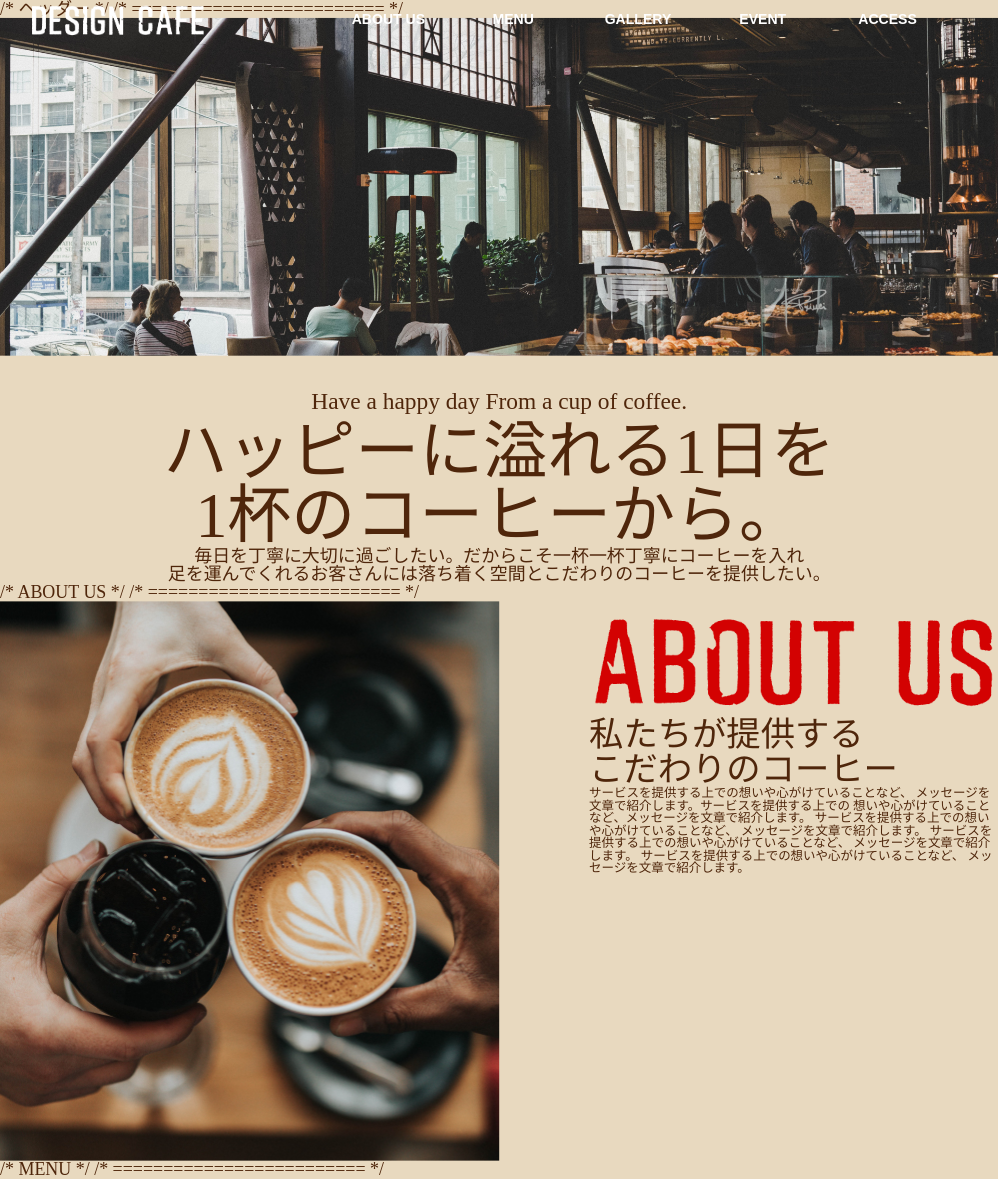
Repository: sonoyama01/dezasuta
Page: 第4回課題/index.html
An editor plug-in stored every save of this project. The page is shown before and after the next save, followed by the edit.
The browser window is 1280 px wide. The pictures show the whole page, at 78% of full size.

Above is the page before, as saved 2024-05-02 02:53:59.

After the next save:
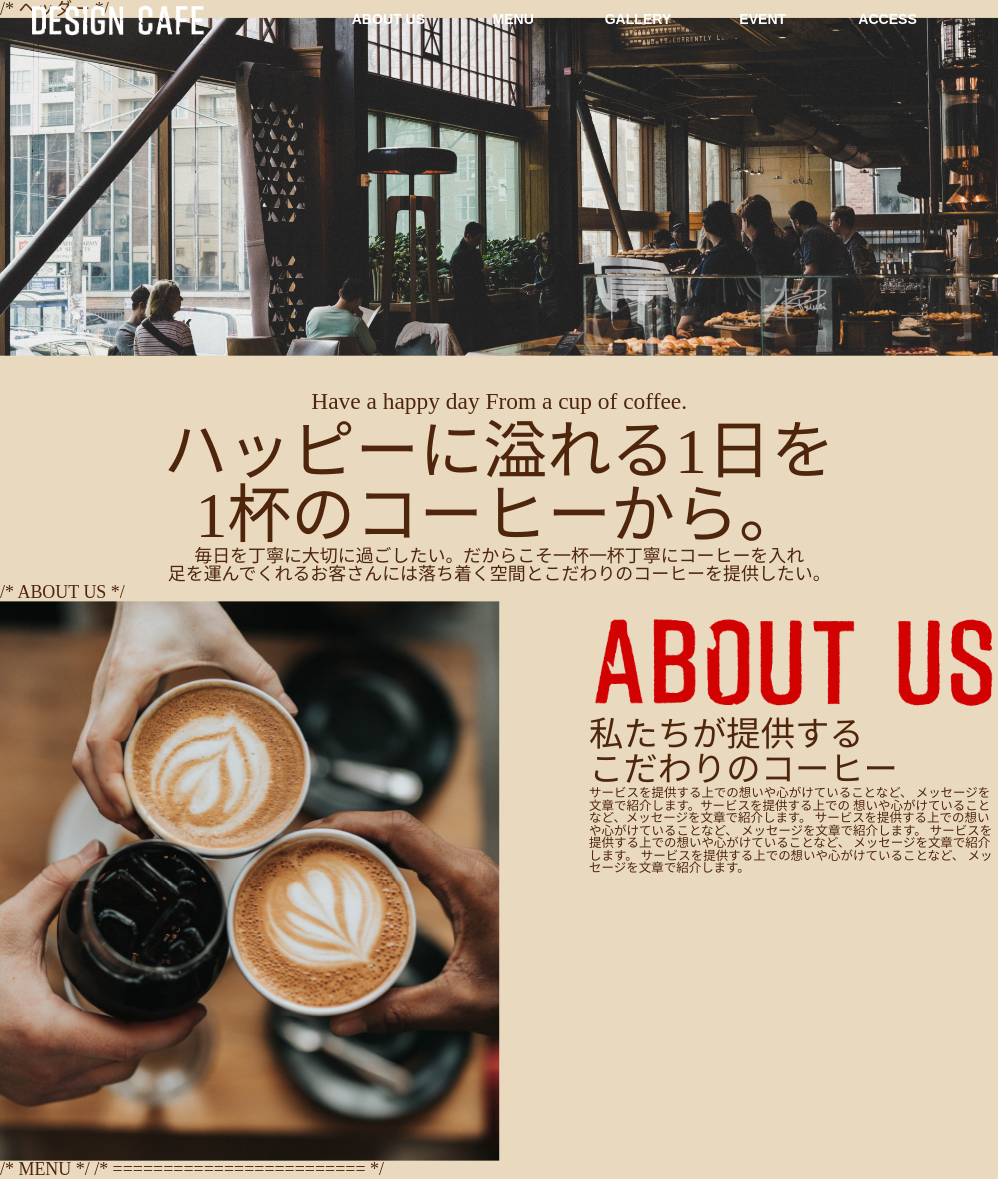
Saved 6 min 51 s later.
--- a/第4回課題/index.html
+++ b/第4回課題/index.html
@@ -10,7 +10,6 @@
 
 <body>
     /* ヘッダー */
-    /* ========================= */
     <header>
         <div class="header_slide">
             <div>
@@ -41,7 +40,6 @@
     </div><!-- /.catch_copy -->
 
     /* ABOUT US */
-    /* ========================= */
     <section id="about_us_fx">
         <div class="about_us">
             <div class="about_us_im"><img src="./images/pc_about-100.jpg" alt=""></div>
@@ -67,6 +65,11 @@
 
     /* MENU */
     /* ========================= */
+    <section id="menu_fx">
+        <div class="drink"></div><!-- /.drink -->
+        <div class="food"></div><!-- /.food -->
+        <div class="sweets"></div><!-- /.sweets -->
+    </section><!-- /#menu_fx -->
 
 </body>
 
